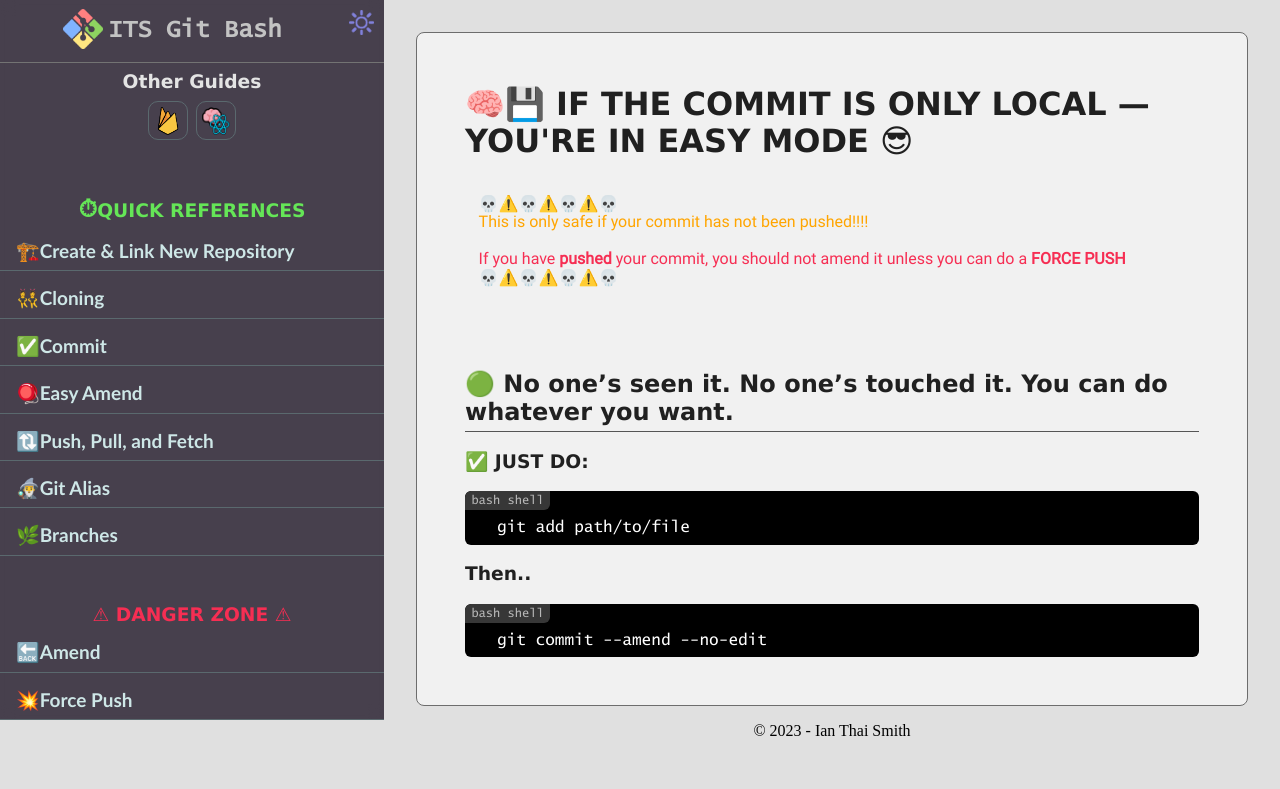
Repository: whyDoILoveThis/project__ITS_Git_Bash
Page: html/easy-amend.html
The author's editor kept a copy of each file at every save. The page is drawn from the files as they stood at one save, then again after the next save.
The browser window is 1280 px wide. The pictures show the whole page.

Above is the page before, as saved 2025-07-06 06:27:59.

After the next save:
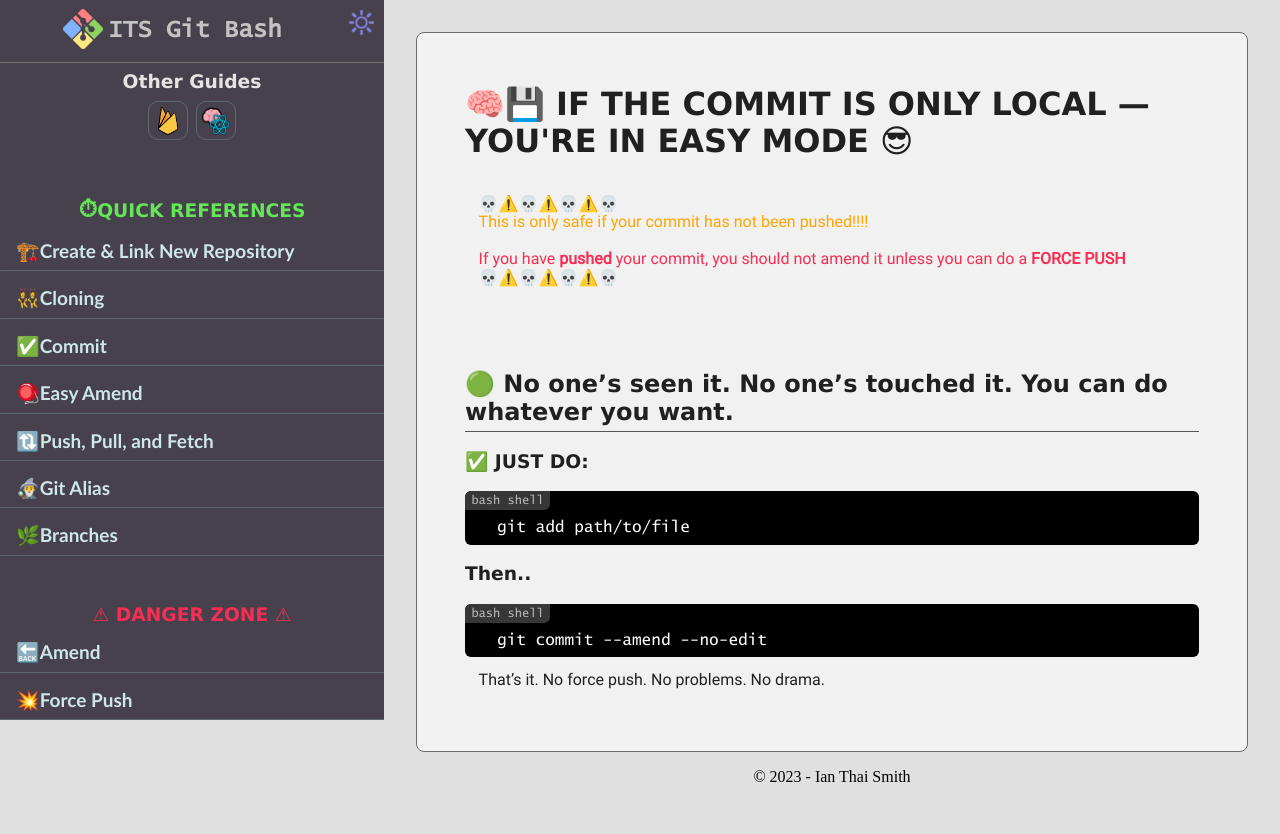
Saved 45 s later.
--- a/html/easy-amend.html
+++ b/html/easy-amend.html
@@ -39,6 +39,7 @@
           <div class="code">
             <p>git commit --amend --no-edit</p>
           </div>
+          <p>That’s it. No force push. No problems. No drama.</p>
         </article>
       </section>
     </div>
